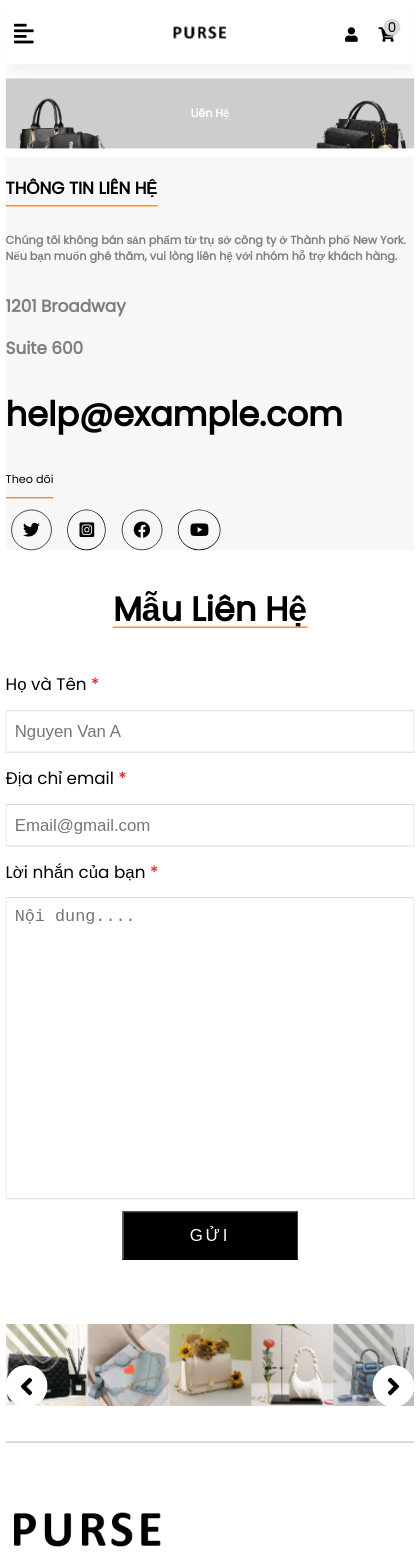
Repository: minh352623/project_firebase
Page: contact.html
The author's editor kept a copy of each file at every save. The page is drawn from the files as they stood at one save, then again after the next save.
The browser window is 600 px wide. The pictures show the part of the page from y = 0 to 2240 px (the page is 3186 px tall), at 70% of full size.
Some web libraries are served in a nearby version.

Above is the page before, as saved 2022-05-12 20:08:14.

After the next save:
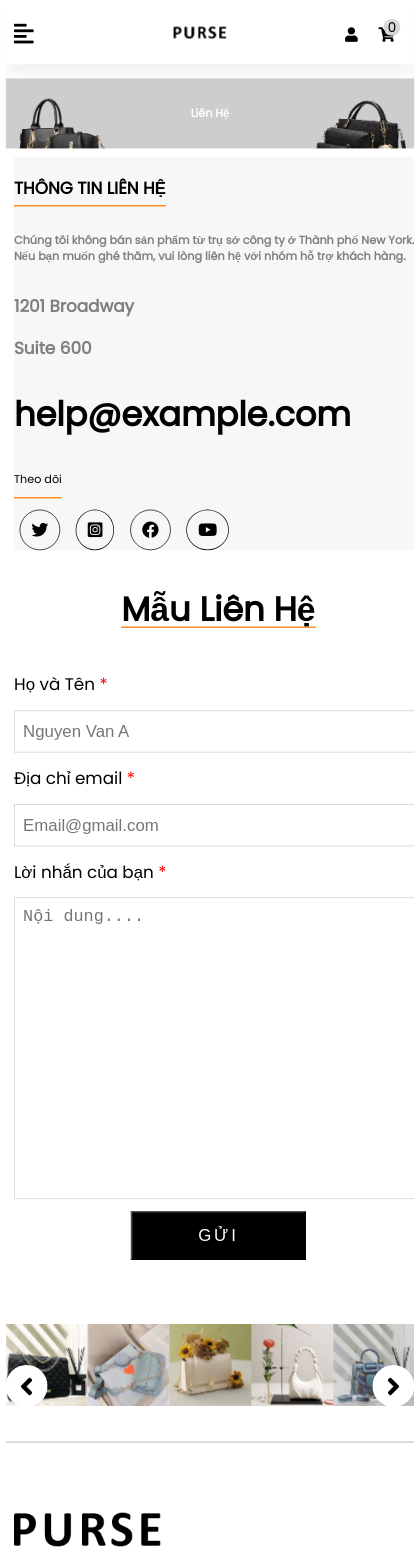
Saved 90 s later.
--- a/assets/css/reponsive.css
+++ b/assets/css/reponsive.css
@@ -127,6 +127,7 @@
     }
     .contact-container{
         width: 100%;
+        margin: 12px;
     }
     .contact-top{
         margin-top: 12px;
